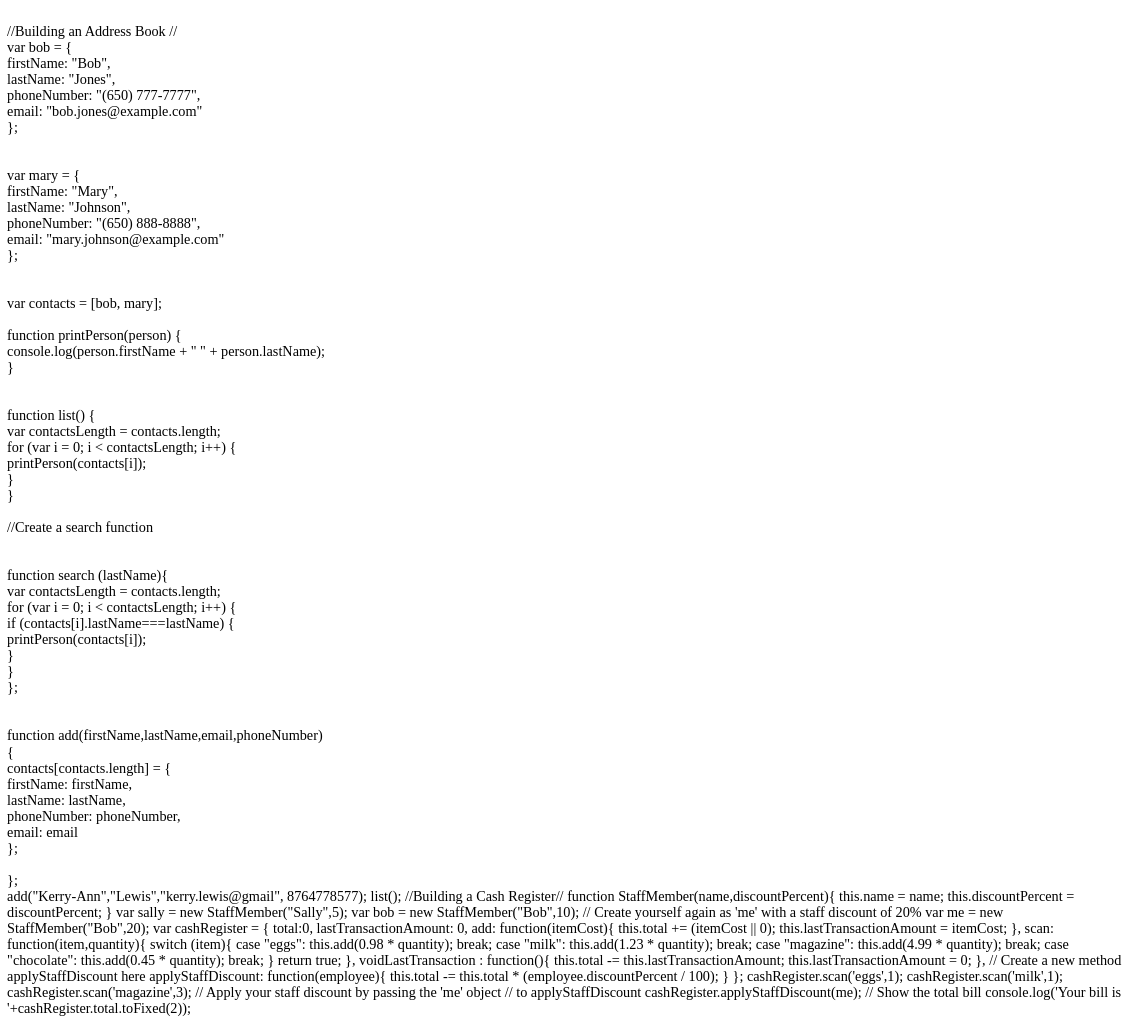
Repository: kernicole/info2180project1
Page: script.html
The author's editor kept a record of every edit. The page is drawn from the files as they stood at one moment, then again after the next edit.
The browser window is 1280 px wide. The pictures show the whole page, at 89% of full size.

Above is the page before.

### script.html
<html>
<title> Script Source Code </title>
<body>
<br/>//Building an Address Book //
<br/>var bob = {
<br/>    firstName: "Bob",
<br/>    lastName: "Jones",
<br/>    phoneNumber: "(650) 777-7777",
<br/>    email: "bob.jones@example.com"
<br/>};
<br/>
<br/>
<br/>var mary = {
<br/>    firstName: "Mary",
<br/>    lastName: "Johnson",
<br/>    phoneNumber: "(650) 888-8888",
<br/>    email: "mary.johnson@example.com"
<br/>};
<br/>
<br/>
<br/>var contacts = [bob, mary];
<br/>
<br/>function printPerson(person) {
<br/>    console.log(person.firstName + " " + person.lastName);
<br/>}
<br/>
<br/>
<br/>function list() {
<br/>	var contactsLength = contacts.length;
<br/>	for (var i = 0; i < contactsLength; i++) {
<br/>		printPerson(contacts[i]);
<br/>	}
<br/>}
<br/>
<br/>//Create a search function
<br/>
<br/>
<br/>function search (lastName){
<br/>   var contactsLength = contacts.length;
<br/>	for (var i = 0; i < contactsLength; i++) {
<br/>	    if (contacts[i].lastName===lastName) {
<br/>	        printPerson(contacts[i]);
<br/>	    }
<br/>	}
<br/>};



<br/>
<br/>

<br/>function add(firstName,lastName,email,phoneNumber)
<br/>{
<br/>    contacts[contacts.length] = {
<br/>    firstName: firstName,
<br/>    lastName: lastName,
<br/>    phoneNumber: phoneNumber,
<br/>    email: email
<br/>};

<br/>


<br/>};


<br/>add("Kerry-Ann","Lewis","kerry.lewis@gmail", 8764778577);

list();






//Building a Cash Register//



function StaffMember(name,discountPercent){
    this.name = name;
    this.discountPercent = discountPercent;
}

var sally = new StaffMember("Sally",5);
var bob = new StaffMember("Bob",10);

// Create yourself again as 'me' with a staff discount of 20%
var me = new StaffMember("Bob",20);

var cashRegister = {
    total:0,
    lastTransactionAmount: 0,
    add: function(itemCost){
        this.total += (itemCost || 0);
        this.lastTransactionAmount = itemCost;
    },
    scan: function(item,quantity){
        switch (item){
        case "eggs": this.add(0.98 * quantity); break;
        case "milk": this.add(1.23 * quantity); break;
        case "magazine": this.add(4.99 * quantity); break;
        case "chocolate": this.add(0.45 * quantity); break;
        }
        return true;
    },
    voidLastTransaction : function(){
        this.total -= this.lastTransactionAmount;
        this.lastTransactionAmount = 0;
    },
    // Create a new method applyStaffDiscount here
    applyStaffDiscount: function(employee){
        this.total -= this.total * (employee.discountPercent / 100);
    }

};

cashRegister.scan('eggs',1);
cashRegister.scan('milk',1);
cashRegister.scan('magazine',3);
// Apply your staff discount by passing the 'me' object
// to applyStaffDiscount
cashRegister.applyStaffDiscount(me);

// Show the total bill
console.log('Your bill is '+cashRegister.total.toFixed(2));
</body>
</html>

After the next edit:
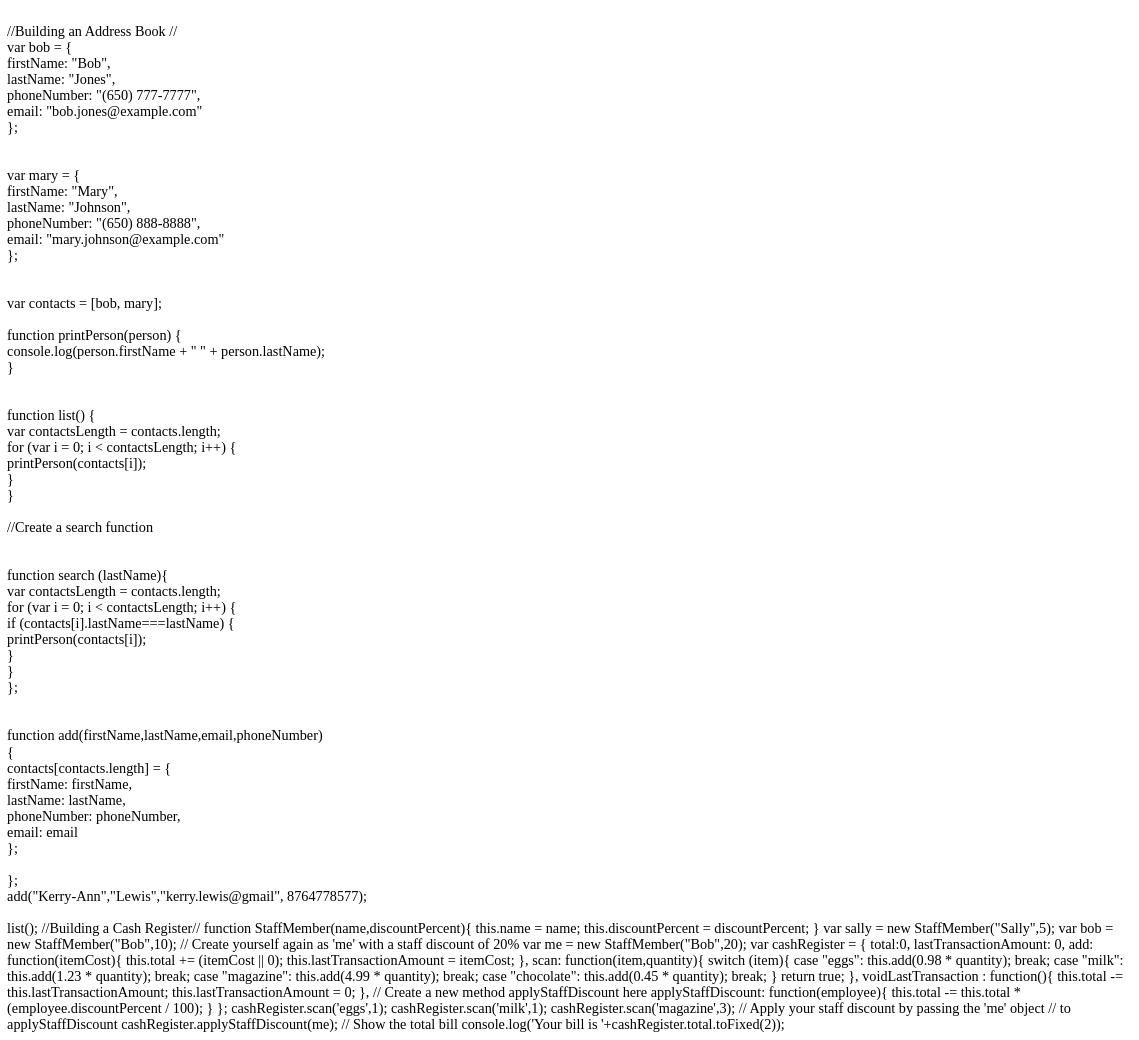
The edit:
--- a/script.html
+++ b/script.html
@@ -65,8 +65,8 @@
 
 
 <br/>add("Kerry-Ann","Lewis","kerry.lewis@gmail", 8764778577);
-
-list();
+<br/>
+<br/>list();
 
 
 
